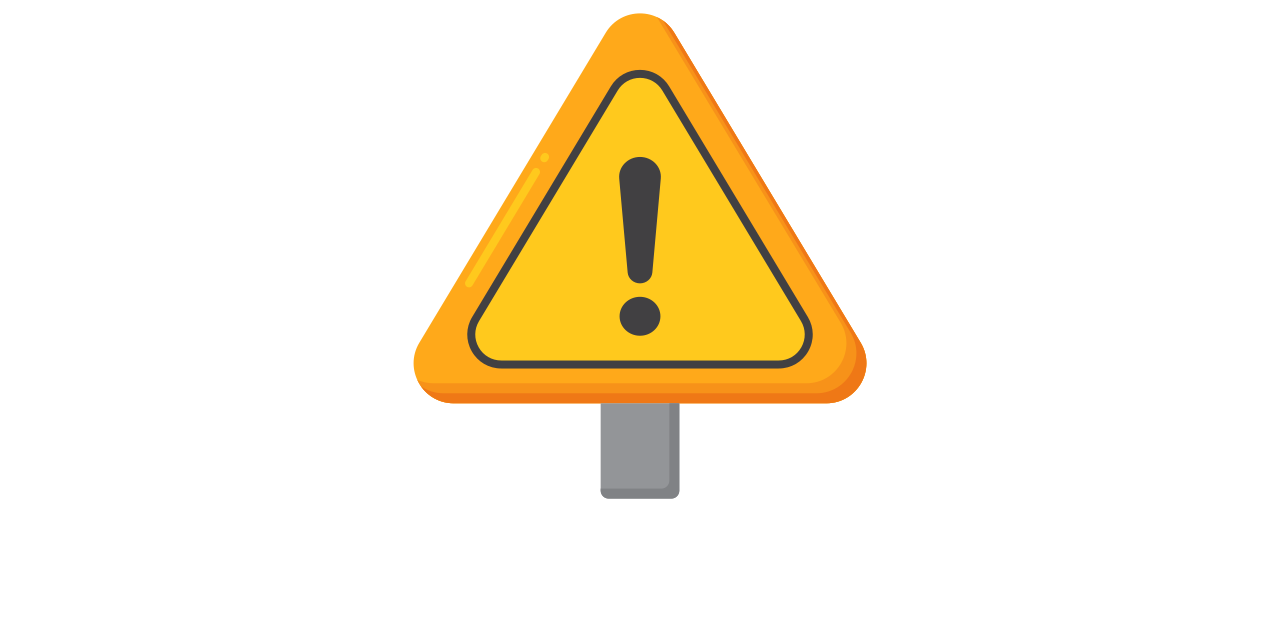
Repository: SanaQureshi27/Servlet-projects
Page: http://localhost/CodeVerse/ErrorPage.jsp
An editor plug-in stored every save of this project. The page is shown before and after the next save, followed by the edit.
The browser window is 1280 px wide. The pictures show the whole page.
The page is served by Tomcat 9.

Above is the page before, as saved 2025-03-20 01:56:00.

After the next save:
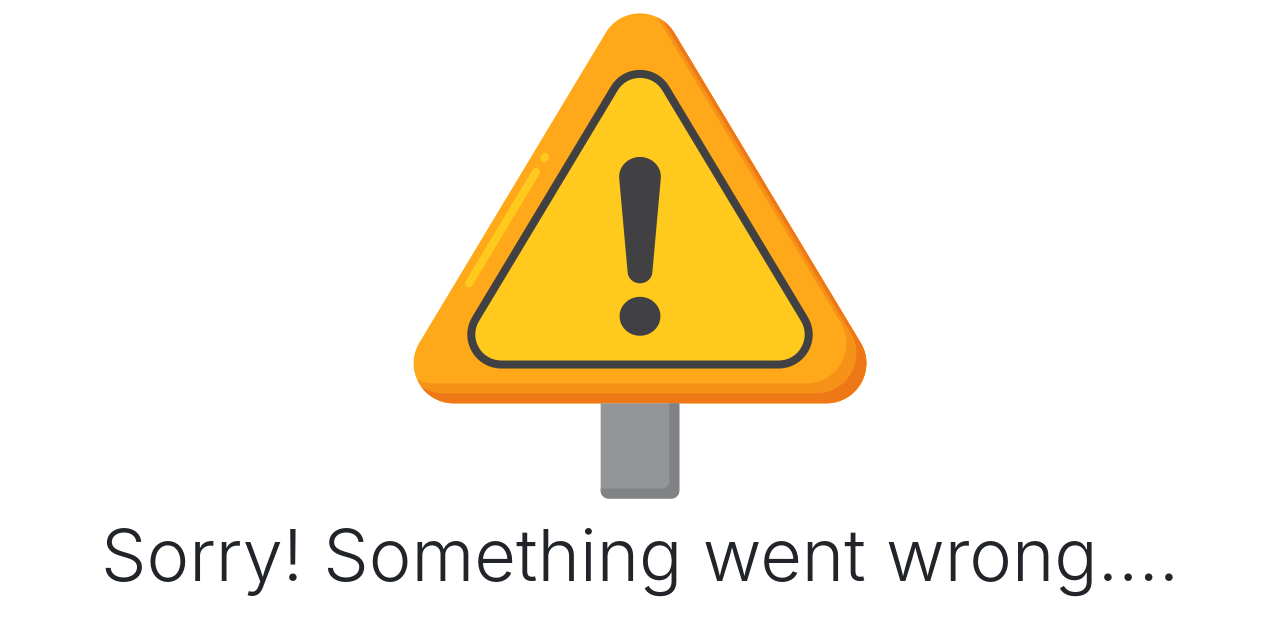
Saved 2 min 42 s later.
--- a/CodeVerse/src/main/webapp/ErrorPage.jsp
+++ b/CodeVerse/src/main/webapp/ErrorPage.jsp
@@ -18,7 +18,7 @@
 
 	<div class="container" align="center">
 	 <img src="img/caution.png" class="img-fluid">
-
+		<h3 class="display-3">Sorry! Something went wrong....</h3>
 	</div>
 </body>
 </html>
